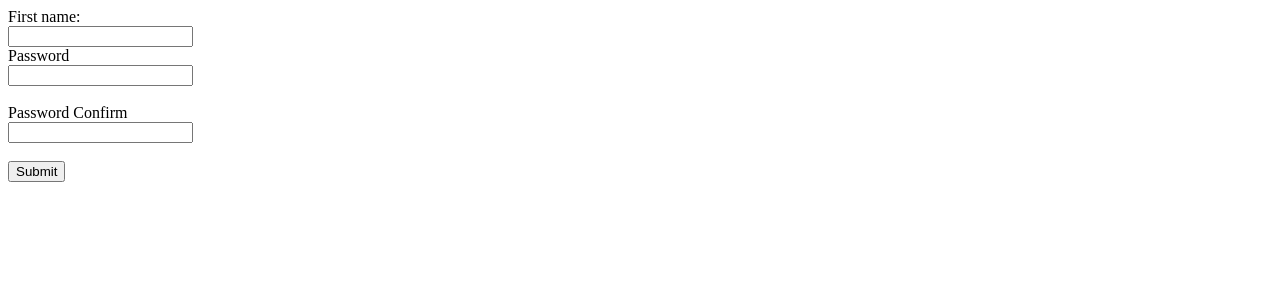
Repository: kaska94/Java-Servlet-Login
Page: Site/WebContent/Singin.html
These files come from the project's save history. The page is drawn as it stood at one moment and after the next save; the edit follows.
The browser window is 1280 px wide. The pictures show the whole page.

Above is the page before, as saved 2016-03-14 11:41:51.

After the next save:
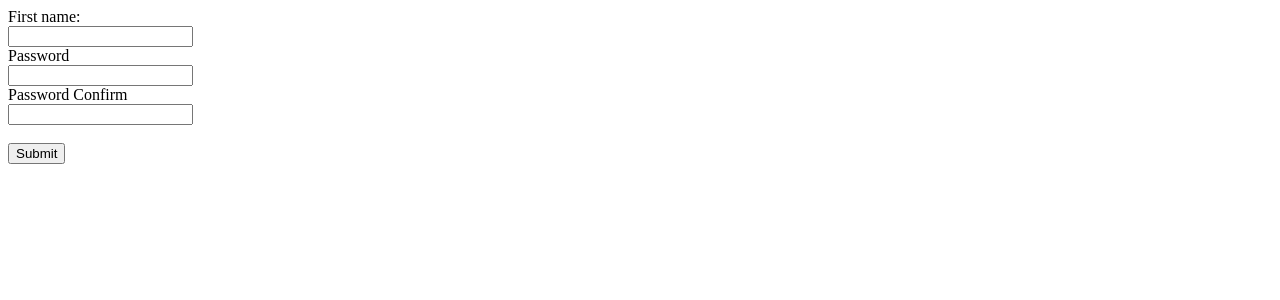
Saved 25 s later.
--- a/Site/WebContent/Singin.html
+++ b/Site/WebContent/Singin.html
@@ -10,7 +10,7 @@
   First name:<br>
   <input type="text" name="username"><br>
   Password<br>
-  <input type="password" name="password"><br><br>
+  <input type="password" name="password"><br>
   Password Confirm<br>
   <input type="password" name="passwordconfirm"><br><br>
   <input type="submit" value="Submit">
